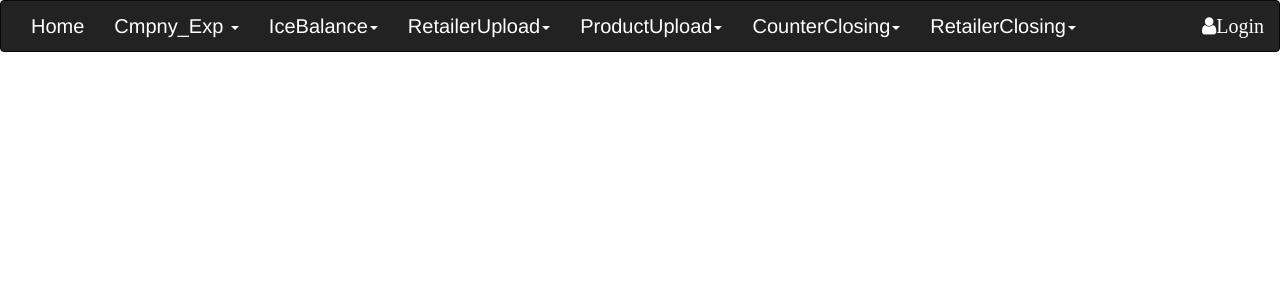
Repository: Abinesh-T/FinallDtProject
Page: http://localhost/Sri_Ananda/views/header.jsp
The author's editor kept a copy of each file at every save. The page is drawn from the files as they stood at one save, then again after the next save.
The browser window is 1280 px wide. The pictures show the whole page.
Some web libraries are served in a nearby version. The page is served by Tomcat 9. Nobody is signed in. The application's start-up code is not run.

Above is the page before, as saved 2018-08-05 09:39:49.

After the next save:
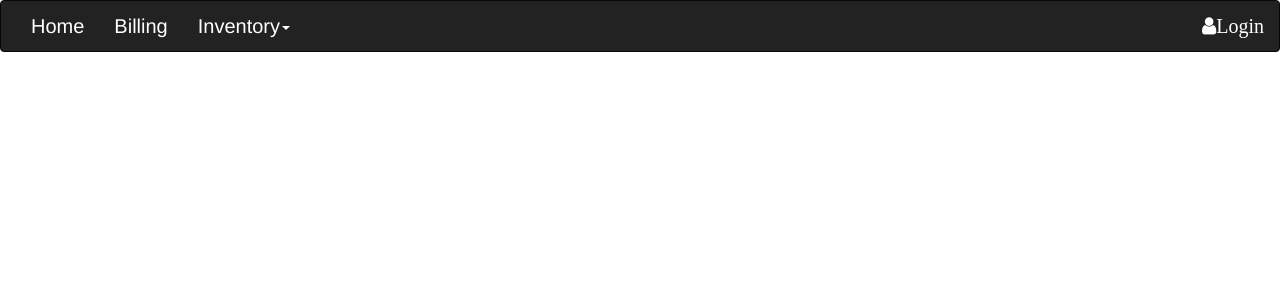
Saved 34 s later.
--- a/Sri_Ananda/src/main/webapp/views/header.jsp
+++ b/Sri_Ananda/src/main/webapp/views/header.jsp
@@ -4,9 +4,6 @@
 <!DOCTYPE html PUBLIC "-//W3C//DTD HTML 4.01 Transitional//EN" "http://www.w3.org/TR/html4/loose.dtd">
 <html>
 <head>
-<link rel="icon"
-	href="./resources/images/Arun_brandings/Hatsun_icon.jpg">
-
 <title>Techtronixs</title>
 <meta charset="utf-8">
 <meta name="viewport" content="width=device-width, initial-scale=1">
@@ -44,64 +41,16 @@
 	<div class="container-fluid">
 		<ul class="nav navbar-nav">
 			<li><a href="index" style="font-size: 20px; color: white;">Home</a></li>
-			<li class="dropdown"><a href="Cmpny_Exp" class="dropdown-toggle"
+			<li><a href="index" style="font-size: 20px; color: white;">Billing</a></li>
+			<li class="dropdown"><a href="Inventory" class="dropdown-toggle"
 				data-toggle="dropdown" aria-haspopup="true" aria-expanded="false"
-				style="font-size: 20px; color: white">Cmpny_Exp <span
+				style="font-size: 20px; color: white">Inventory<span
 					class="caret"></span></a>
 				<ul class="dropdown-menu">
-					<li><a href="Cmpny_Exp" style="font-size: 20px;">Enter_Cmpny_Exp</a></li>
-					<li><a href="Report_Cmpny_Exp" style="font-size: 20px;">Report_Cmpny_Exp</a></li>
+					<li><a href="InventoryByDate" style="font-size: 20px;">InventoryByDate</a></li>
+					<li><a href="InventoryByPeriod" style="font-size: 20px;">InventoryByPeriod</a></li>
 				</ul></li>
-			<li class="dropdown"><a href="Cmpny_Exp" class="dropdown-toggle"
-				data-toggle="dropdown" aria-haspopup="true" aria-expanded="false"
-				style="font-size: 20px; color: white">IceBalance<span
-					class="caret"></span></a>
-				<ul class="dropdown-menu">
-					<li><a href="IceBalance" style="font-size: 20px;">Enter_IceBalance</a></li>
-					<li><a href="ReportIceBalanceFilter" style="font-size: 20px;">Report_IceBalance</a></li>
-				</ul></li>
-			<li class="dropdown"><a href="Cmpny_Exp" class="dropdown-toggle"
-				data-toggle="dropdown" aria-haspopup="true" aria-expanded="false"
-				style="font-size: 20px; color: white">RetailerUpload<span
-					class="caret"></span></a>
-				<ul class="dropdown-menu">
-					<li><a href="RetailerUpload" style="font-size: 20px;">Enter_Retailer</a></li>
-					<li><a href="RetailerList" style="font-size: 20px;">Report_Retailer</a></li>
-				</ul></li>
-			<li class="dropdown"><a href="Cmpny_Exp" class="dropdown-toggle"
-				data-toggle="dropdown" aria-haspopup="true" aria-expanded="false"
-				style="font-size: 20px; color: white">ProductUpload<span
-					class="caret"></span></a>
-				<ul class="dropdown-menu">
-					<li><a href="ProductUpload" style="font-size: 20px;">Enter_ProductUpload</a></li>
-					<li><a href="ProductUploadList" style="font-size: 20px;">Report_Product</a></li>
-				</ul></li>
-			<li class="dropdown"><a href="Cmpny_Exp" class="dropdown-toggle"
-				data-toggle="dropdown" aria-haspopup="true" aria-expanded="false"
-				style="font-size: 20px; color: white">CounterClosing<span
-					class="caret"></span></a>
-				<ul class="dropdown-menu">
-					<li><a href="OpenCounterClosingUpload"
-						style="font-size: 20px;">Enter_OpenCounterClosing</a></li>
-					<li><a href="CounterClosingUpload" style="font-size: 20px;">Enter_CounterClosing</a></li>
-					<li><a href="CounterClosingListByDate"
-						style="font-size: 20px;">Report_CounterClosingByDate</a></li>
-					<li><a href="CounterClosingListByPeriod"
-						style="font-size: 20px;">Report_CounterClosingByPeriod</a></li>
-				</ul></li>
-			<li class="dropdown"><a href="Cmpny_Exp" class="dropdown-toggle"
-				data-toggle="dropdown" aria-haspopup="true" aria-expanded="false"
-				style="font-size: 20px; color: white">RetailerClosing<span
-					class="caret"></span></a>
-				<ul class="dropdown-menu">
-					<li><a href="OpenRetailerClosingUpload"
-						style="font-size: 20px;">Enter_OpenRetailerClosing</a></li>
-					<li><a href="RetailerClosingUpload" style="font-size: 20px;">Enter_RetailerClosing</a></li>
-					<li><a href="RetailerClosingListByDate"
-						style="font-size: 20px;">Report_RetailerClosingByDate</a></li>
-					<li><a href="RetailerClosingListByPeriod"
-						style="font-size: 20px;">Report_RetailerClosingByPeriod</a></li>
-				</ul></li>
+
 		</ul>
 		<c:if test="${pageContext.request.userPrincipal.name  == 'admin'}">
 			<li><a href="<c:url value="/admin" />">Admin</a></li>
